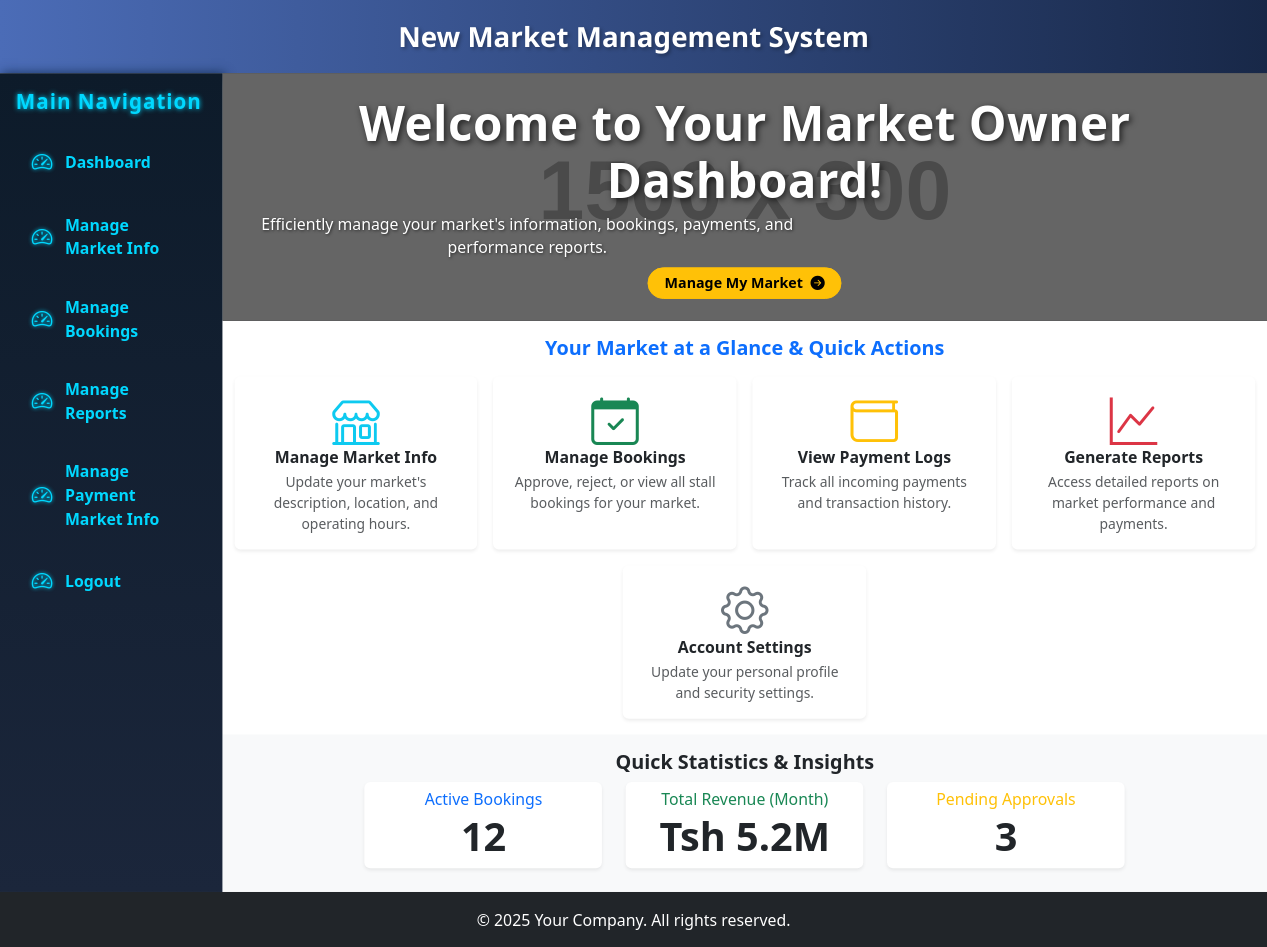
Repository: AbdulqadirSaid/react-market-front-end
Page: /owner-dash
The author's editor kept a copy of each file at every save. The page is drawn from the files as they stood at one save, then again after a run of saves.
The browser window is 1280 px wide. The pictures show the whole page, at 99% of full size.
The project was rebuilt for these pictures with package versions that can differ from the ones it lists, and the page was loaded fresh each time. Also part of the build but not shown: src/index.css, src/LoginForm.js, src/App.css, src/admin/AdminDashboard.js, src/admin/ManageCustomers.js, src/admin/ManageMarketOwner.js, src/admin/GenerateReport.js, src/admin/AccountSetting.js and 10 more.

Above is the page before, as saved 2025-06-03 15:09:23.

### src/index.js
import React from 'react';
import ReactDOM from 'react-dom/client';
import './index.css';
import App from './App';
import reportWebVitals from './reportWebVitals';
import { BrowserRouter } from 'react-router-dom';


const root = ReactDOM.createRoot(document.getElementById('root'));
root.render(
  <React.StrictMode>
    <BrowserRouter>
        <App />
    </BrowserRouter>
  </React.StrictMode>
);

// If you want to start measuring performance in your app, pass a function
// to log results (for example: reportWebVitals(console.log))
// or send to an analytics endpoint. Learn more: https://bit.ly/CRA-vitals
reportWebVitals();

### src/App.js
import LoginForm from "./LoginForm";
import "./../node_modules/bootstrap/dist/css/bootstrap.min.css";
import "./App.css";
import { Route, Routes } from "react-router-dom";

//ADMIN-RELATED COMPONENTS//
import AdminDash from "./admin/AdminDashboard";
import ManageCustomers from "./admin/ManageCustomers";
import ManageMarketOwners from "./admin/ManageMarketOwner";
import GenerateReport from "./admin/GenerateReport";
import AccountSettings from "./admin/AccountSetting";


//OWNER-RELATED COMPONENTS//
import OwnerDash from "./owner/OwnerDashboard";
import ManageMarketInfo from "./owner/ManageMarketInfo";
import ManageBookings from "./owner/ManageBookings";
import ManageReports from "./owner/ManageReports";
import ManagePaymentInfo from "./owner/ManagePaymentInfo";


//CUSTOMER-RELATED COMPONENTS//
import CustomerDash from "./customer/CustomerDashboard";
import BrowseMarket from "./customer/BrowseMarket";
import BookingForm from "./customer/BookingForm";
import BookingInfo from "./customer/BookingInfo";
import ManagePayment from "./customer/ManagePayment";
import SystemSetting from "./customer/SystemSetting";


function App() {
  return (
    // <><LoginForm />
    // <Dashboard/>
    // </>

    <Routes>
      <Route path="/" element={<LoginForm />} />

      {/* Admin */}
      <Route path="/admin-dash" element={<AdminDash />} />
      <Route path="/manage-customer" element={<ManageCustomers />} />
      <Route path="/market-owner" element={<ManageMarketOwners />} />
      <Route path="/generate-report" element={<GenerateReport />} />
      <Route path="/account-setting" element={<AccountSettings/>} />


      {/* Owner */}
      <Route path="/owner-dash" element={<OwnerDash />} />
      <Route path="/market-info" element={<ManageMarketInfo />} />
      <Route path="/manage-bookings" element={<ManageBookings />} />
      <Route path="/manage-reports" element={<ManageReports/>} />
      <Route path="/payment-info" element={<ManagePaymentInfo/>} />


      {/* Customer  */}

      <Route path="/dashboard" element={<CustomerDash />} />
      <Route path="/browse-market" element={<BrowseMarket />} />
      <Route path="/booking" element={<BookingForm />} />
      <Route path="/booking-info" element={<BookingInfo />} />
      <Route path="/manage-payment" element={<ManagePayment />} />
      <Route path="/system-setting" element={<SystemSetting />} />
    </Routes>
  );
}

export default App;

### src/owner/OwnerDashboard.js
// src/owner/OwnerDashboard.js
import React from "react";
import Header from "../components/Header";
import Sidebar from "../components/Sidebar";
import Footer from "../components/Footer";
import { NavLink, Outlet } from "react-router-dom";

const Dashboard = () => {

  return (
    <div className="d-flex flex-column min-vh-100">
      <Header userRole="Owner" />
      <div className="d-flex flex-grow-1">
        <Sidebar userRole="Owner" />
        <main className="flex-grow-1" style={{ backgroundColor: "#f8f9fa" }}>
          {/* Hero Section: Main Welcome for Market Owners - Reduced padding, font sizes */}
          <section
            className="py-3 text-center text-white bg-dark position-relative overflow-hidden" // py-3 instead of py-4
            style={{
              backgroundImage:
                'url("https://via.placeholder.com/1500x300/343a40/ffffff?text=Your+Marketplace+Hub")', // Shorter placeholder image
              backgroundSize: "cover",
              backgroundPosition: "center",
              minHeight: "250px", // Reduced minHeight
              display: "flex",
              alignItems: "center",
              justifyContent: "center",
              flexDirection: "column",
              boxShadow: "inset 0 0 0 2000px rgba(0, 0, 0, 0.5)",
            }}
          >
            <div className="container px-2"> {/* px-2 instead of px-3 */}
              <h1
                className="display-5 fw-bold mb-1 animate__animated animate__fadeInDown" // display-5 instead of display-4, mb-1 instead of mb-2
                style={{
                  textShadow: "2px 2px 6px rgba(0,0,0,0.7)", // Smaller text shadow
                  letterSpacing: "0.5px", // Smaller letter spacing
                }}
              >
                Welcome to Your Market Owner Dashboard!
              </h1>
              <p
                className="lead fs-6 mb-2 px-2 animate__animated animate__fadeInUp" // fs-6 instead of fs-5, mb-2 instead of mb-3, px-2
                style={{
                  textShadow: "1px 1px 3px rgba(0,0,0,0.6)", // Smaller text shadow
                  maxWidth: "600px", // Reduced max-width
                }}
              >
                Efficiently manage your market's information, bookings, payments, and performance reports.
              </p>
              <NavLink
                to="/owner-dash/manage-market-info"
                className="btn btn-warning btn-sm px-3 py-1 rounded-pill fw-bold animate__animated animate__zoomIn" // btn-sm, px-3, py-1
                style={{ fontSize: "0.9rem", animationDelay: "0.5s" }} // Smaller font size
              >
                Manage My Market <i className="bi bi-arrow-right-circle-fill ms-1"></i> {/* ms-1 */}
              </NavLink>
            </div>
          </section>

          {/* Quick Actions / Market Overview Section for Owners - Reduced padding, smaller cards */}
          <section className="py-3 bg-white"> {/* py-3 instead of py-4 */}
            <div className="container">
              <h3 className="h5 fw-bold text-center text-primary mb-3">Your Market at a Glance & Quick Actions</h3> {/* h5 instead of h4, mb-3 */}
              <div className="row g-3 justify-content-center"> {/* g-3 instead of g-4 */}
                {/* Card 1: Manage Market Info */}
                <div className="col-md-4 col-lg-3 animate__animated animate__fadeInUp"> {/* Adjusted column size for more compactness */}
                  <NavLink to="/owner-dash/manage-market-info" className="card h-100 shadow-sm border-0 text-decoration-none text-dark hover-shadow-lg">
                    <div className="card-body text-center p-3"> {/* p-3 instead of p-4 */}
                      <i className="bi bi-shop display-5 text-info mb-2"></i> {/* display-5 instead of display-4, mb-2 */}
                      <h5 className="card-title fw-bold mb-1 fs-6">Manage Market Info</h5> {/* fs-6, mb-1 */}
                      <p className="card-text small text-muted text-truncate-2">Update your market's description, location, and operating hours.</p> {/* text-truncate-2 (custom class for 2 lines) */}
                    </div>
                  </NavLink>
                </div>
                {/* Card 2: Manage Bookings */}
                <div className="col-md-4 col-lg-3 animate__animated animate__fadeInUp" style={{ animationDelay: '0.2s' }}>
                  <NavLink to="/owner-dash/manage-bookings" className="card h-100 shadow-sm border-0 text-decoration-none text-dark hover-shadow-lg">
                    <div className="card-body text-center p-3">
                      <i className="bi bi-calendar-check display-5 text-success mb-2"></i>
                      <h5 className="card-title fw-bold mb-1 fs-6">Manage Bookings</h5>
                      <p className="card-text small text-muted text-truncate-2">Approve, reject, or view all stall bookings for your market.</p>
                    </div>
                  </NavLink>
                </div>
                {/* Card 3: View Payment Info */}
                <div className="col-md-4 col-lg-3 animate__animated animate__fadeInUp" style={{ animationDelay: '0.4s' }}>
                  <NavLink to="/owner-dash/payment-info" className="card h-100 shadow-sm border-0 text-decoration-none text-dark hover-shadow-lg">
                    <div className="card-body text-center p-3">
                      <i className="bi bi-wallet display-5 text-warning mb-2"></i>
                      <h5 className="card-title fw-bold mb-1 fs-6">View Payment Logs</h5>
                      <p className="card-text small text-muted text-truncate-2">Track all incoming payments and transaction history.</p>
                    </div>
                  </NavLink>
                </div>
                {/* Card 4: Generate Reports */}
                <div className="col-md-4 col-lg-3 animate__animated animate__fadeInUp" style={{ animationDelay: '0.6s' }}>
                  <NavLink to="/owner-dash/generate-reports" className="card h-100 shadow-sm border-0 text-decoration-none text-dark hover-shadow-lg">
                    <div className="card-body text-center p-3">
                      <i className="bi bi-graph-up display-5 text-danger mb-2"></i>
                      <h5 className="card-title fw-bold mb-1 fs-6">Generate Reports</h5>
                      <p className="card-text small text-muted text-truncate-2">Access detailed reports on market performance and payments.</p>
                    </div>
                  </NavLink>
                </div>
                {/* Card 5: Account Settings */}
                <div className="col-md-4 col-lg-3 animate__animated animate__fadeInUp" style={{ animationDelay: '0.8s' }}>
                  <NavLink to="/owner-dash/account-settings" className="card h-100 shadow-sm border-0 text-decoration-none text-dark hover-shadow-lg">
                    <div className="card-body text-center p-3">
                      <i className="bi bi-gear display-5 text-secondary mb-2"></i>
                      <h5 className="card-title fw-bold mb-1 fs-6">Account Settings</h5>
                      <p className="card-text small text-muted text-truncate-2">Update your personal profile and security settings.</p>
                    </div>
                  </NavLink>
                </div>
              </div>
            </div>
          </section>

          {/* Quick Statistics & Insights - Reduced padding, font sizes */}
          <section className="py-3 bg-light text-center"> {/* py-3 */}
            <div className="container">
              <h3 className="h5 fw-bold mb-2 text-dark">Quick Statistics & Insights</h3> {/* h5, mb-2 */}
              <div className="row justify-content-center">
                <div className="col-md-6 col-lg-3 mb-2"> {/* mb-2 */}
                  <div className="p-2 bg-white rounded shadow-sm"> {/* p-2 */}
                    <h5 className="mb-1 text-primary fs-6">Active Bookings</h5> {/* fs-6 */}
                    <p className="display-6 fw-bold mb-0">12</p>
                  </div>
                </div>
                <div className="col-md-6 col-lg-3 mb-2">
                  <div className="p-2 bg-white rounded shadow-sm">
                    <h5 className="mb-1 text-success fs-6">Total Revenue (Month)</h5>
                    <p className="display-6 fw-bold mb-0">Tsh 5.2M</p> {/* Shortened */}
                  </div>
                </div>
                <div className="col-md-6 col-lg-3 mb-2">
                  <div className="p-2 bg-white rounded shadow-sm">
                    <h5 className="mb-1 text-warning fs-6">Pending Approvals</h5>
                    <p className="display-6 fw-bold mb-0">3</p>
                  </div>
                </div>
              </div>
            </div>
          </section>

          <Outlet />

        </main>
      </div>
      <Footer />
    </div>
  );
};

export default Dashboard;

### src/components/Header.js
import React from 'react';

const Header = () => {
  return (
    <header
      style={{
        background: 'linear-gradient(90deg, #4b6cb7 0%, #182848 100%)',
        boxShadow: '0 4px 12px rgba(24, 40, 72, 0.6)',
        padding: '1.25rem 2rem',
        color: '#ffffff',
      }}
    >
      <div className="container-fluid d-flex align-items-center justify-content-center">
        <h1
          style={{
            fontWeight: '700',
            fontSize: '1.75rem',
            fontFamily: '"Segoe UI", Tahoma, Geneva, Verdana, sans-serif',
            textShadow: '2px 2px 4px rgba(0,0,0,0.3)',
            marginBottom: 0,
          }}
        >
          New Market Management System
        </h1>
      </div>
    </header>
  );
};

export default Header;

### src/components/Sidebar.js
import React from 'react';
import { Link } from 'react-router-dom';
import 'bootstrap-icons/font/bootstrap-icons.css';
import links from './Links';

const Sidebar = ({ userRole = 'Owner' }) => {
  const roleLinks = links[userRole] || [];

  const getIconClass = (iconName) => {
    switch (iconName) {
      case 'dashboard':
        return 'bi-speedometer2';
      case 'users':
        return 'bi-people-fill';
      case 'settings':
        return 'bi-gear-fill';
      case 'reports':
        return 'bi-bar-chart-line-fill';
      case 'box-seam':
        return 'bi-box-seam';
      default:
        return 'bi-circle';
    }
  };

  return (
    <nav
      style={{
        width: '240px',
        minHeight: 'calc(100vh - 112px)',
        background: 'linear-gradient(180deg, #0d1b2a 0%, #1b263b 100%)',
        boxShadow: '2px 0 10px rgba(11, 38, 71, 0.8)',
        padding: '1rem',
        display: 'flex',
        flexDirection: 'column',
      }}
    >
      <h5
        style={{
          fontWeight: '700',
          fontSize: '1.3rem',
          color: '#00d8ff',
          marginBottom: '1.5rem',
          letterSpacing: '1px',
          textShadow: '0 0 5px #00d8ff',
        }}
      >
        Main Navigation
      </h5>
      <ul style={{ listStyle: 'none', padding: 0, margin: 0, flexGrow: 1 }}>
        {roleLinks.map((linkItem, index) => (
          <li key={index} style={{ marginBottom: '1rem' }}>
            <Link
              to={linkItem.path}
              style={{
                display: 'flex',
                alignItems: 'center',
                textDecoration: 'none',
                color: '#00d8ff',
                fontWeight: '600',
                padding: '0.6rem 1rem',
                borderRadius: '8px',
                transition: 'background-color 0.3s ease, color 0.3s ease',
                fontSize: '1rem',
              }}
              onMouseEnter={e => {
                e.currentTarget.style.backgroundColor = '#ffffff'; // Change background to white
                e.currentTarget.style.color = '#0d1b2a'; // Change text color to dark blue
              }}
              onMouseLeave={e => {
                e.currentTarget.style.backgroundColor = 'transparent'; // Reset background
                e.currentTarget.style.color = '#00d8ff'; // Reset text color
              }}
            >
              <i
                className={`bi ${getIconClass(linkItem.icon)}`}
                style={{ fontSize: '1.3rem', marginRight: '0.8rem', textShadow: '0 0 4px #00d8ff' }}
              />
              {linkItem.label}
            </Link>
          </li>
        ))}
      </ul>
    </nav>
  );
};

export default Sidebar;

### src/components/Footer.js
import React from 'react';

const Footer = () => {
  return (
    <footer className="bg-dark text-white text-center p-3">
      <p className="mb-0">© 2025 Your Company. All rights reserved.</p>
    </footer>
  );
};

export default Footer;

### src/components/Links.js
const links = {

    Admin:[
        { label: 'Dashboard', path: '/admin-dash', icon: 'dashboard' },
        { label: 'Manage Customers', path: '/manage-customer', icon: 'dashboard' },
        { label: 'Manage Market Owner', path: '/market-owner', icon: 'dashboard' },
        { label: 'Generate Report', path: '/generate-report', icon: 'dashboard' },
        { label: 'Account Setting', path: '/account-setting', icon: 'dashboard' },
        {label:'Logout', path:'/logout', icon: 'dashboard'},



    ],

    Owner:[
        { label:'Dashboard', path: '/owner-dash', icon: 'dashboard' },
        { label:'Manage Market Info', path: '/market-info', icon: 'dashboard' },
        { label:'Manage Bookings', path: '/manage-bookings', icon: 'dashboard' },
         { label:'Manage Reports', path: '/manage-reports', icon: 'dashboard' },
           { label: 'Manage Payment Market Info', path: '/payment-info', icon: 'dashboard' },
            {label:'Logout', path:'/logout', icon: 'dashboard'},

    ],

    Customer:[
        {label:'Dashboard ', path:'/dashboard', icon: 'dashboard'},
        {label:'Browse Market', path:'/browse-market', icon: 'dashboard'},
        {label:'Booking Info', path:'/booking-info', icon: 'dashboard'},
        {label:'Manage Payment', path:'/manage-payment', icon: 'dashboard'},
        {label:'System Setting', path:'/system-setting', icon: 'dashboard'},
        {label:'Logout', path:'/logout', icon: 'dashboard'},

    ]

}

export default links;

Loaded but not shown: public/index.html (common file); src/reportWebVitals.js (common file)

After the next 2 saves:
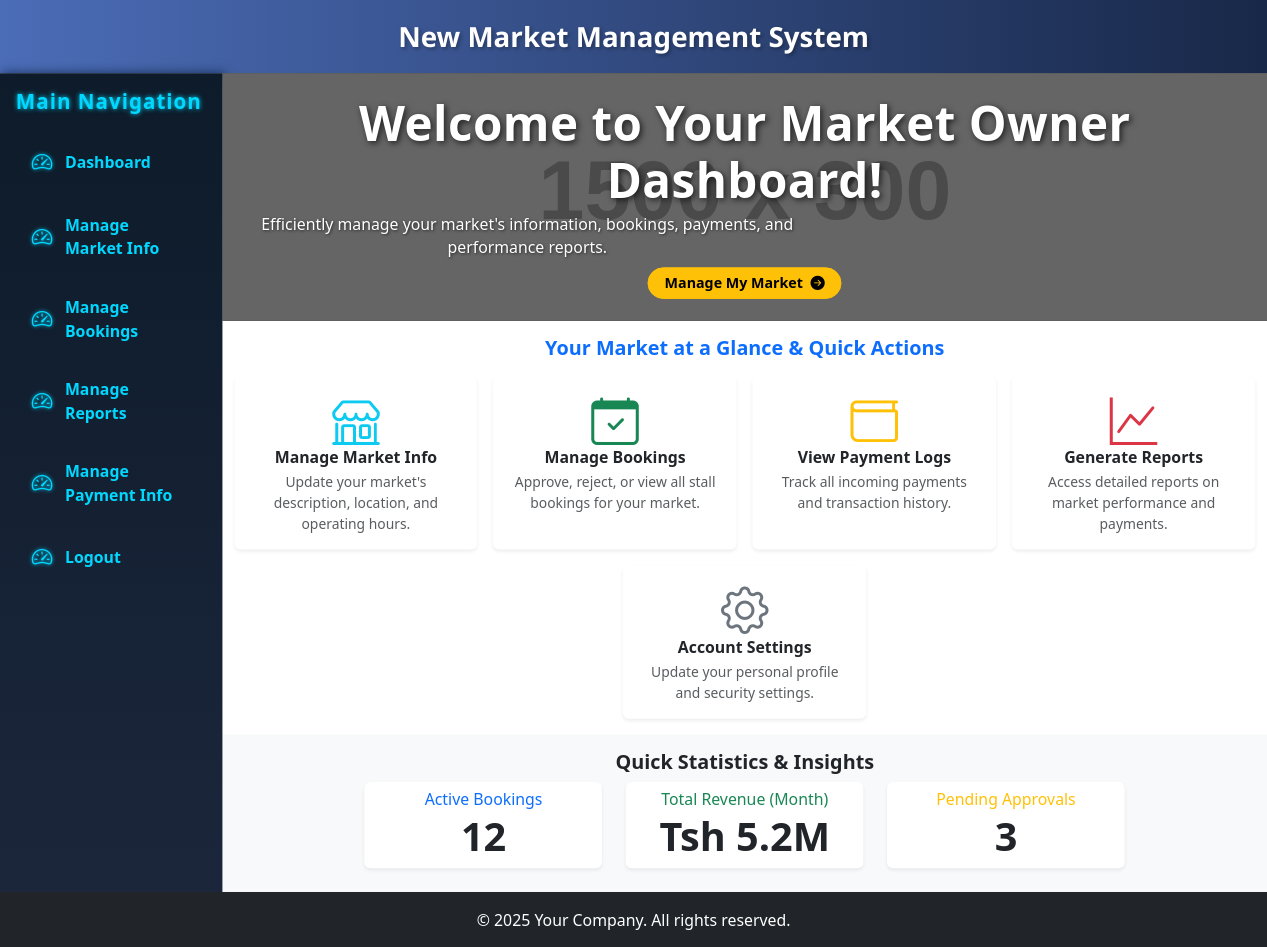
The 2 saves are shown as one change because they came seconds apart.
The last was saved 3 min 41 s later.
--- a/src/components/Links.js
+++ b/src/components/Links.js
@@ -17,7 +17,7 @@ const links = {
         { label:'Manage Market Info', path: '/market-info', icon: 'dashboard' },
         { label:'Manage Bookings', path: '/manage-bookings', icon: 'dashboard' },
          { label:'Manage Reports', path: '/manage-reports', icon: 'dashboard' },
-           { label: 'Manage Payment Market Info', path: '/payment-info', icon: 'dashboard' },
+           { label: 'Manage Payment Info', path: '/payment-info', icon: 'dashboard' },
             {label:'Logout', path:'/logout', icon: 'dashboard'},
 
     ],
